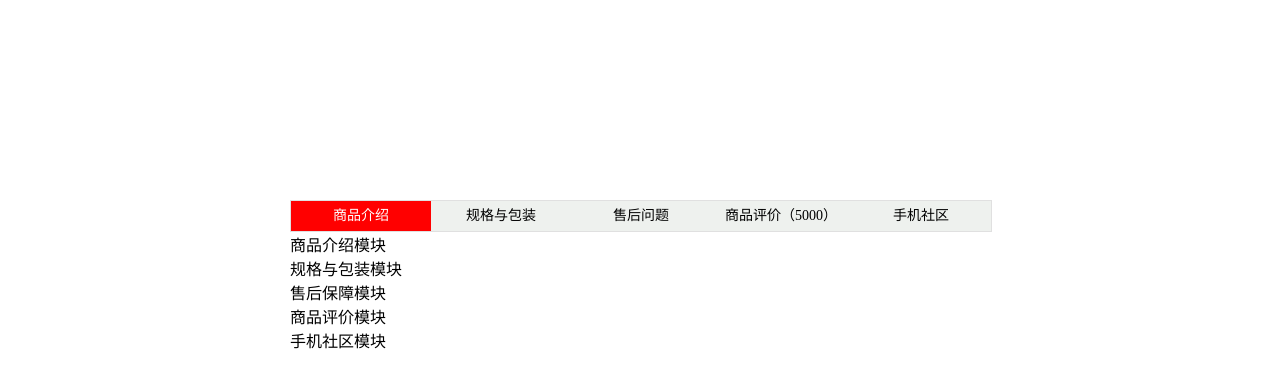
Repository: Sky0258/study
Page: js/tab案例.html
The author's editor kept a copy of each file at every save. The page is drawn from the files as they stood at one save, then again after the next save.
The browser window is 1280 px wide. The pictures show the whole page.

Above is the page before, as saved 2022-09-10 15:39:34.

After the next save:
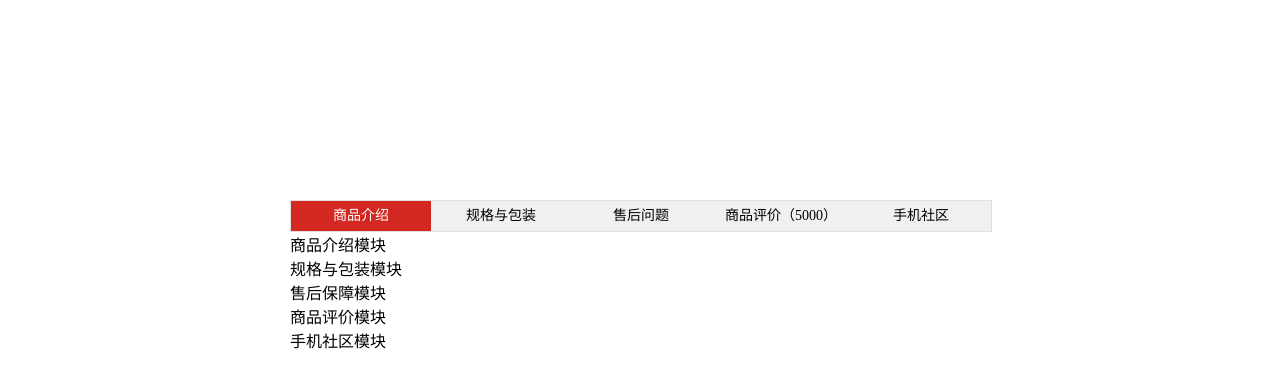
Saved 29 s later.
--- a/js/tab案例.html
+++ b/js/tab案例.html
@@ -34,7 +34,7 @@
         cursor: pointer;
     }
     .current {
-        background: red;
+        background: #d32822;
         color: white;
     }
 </style>
